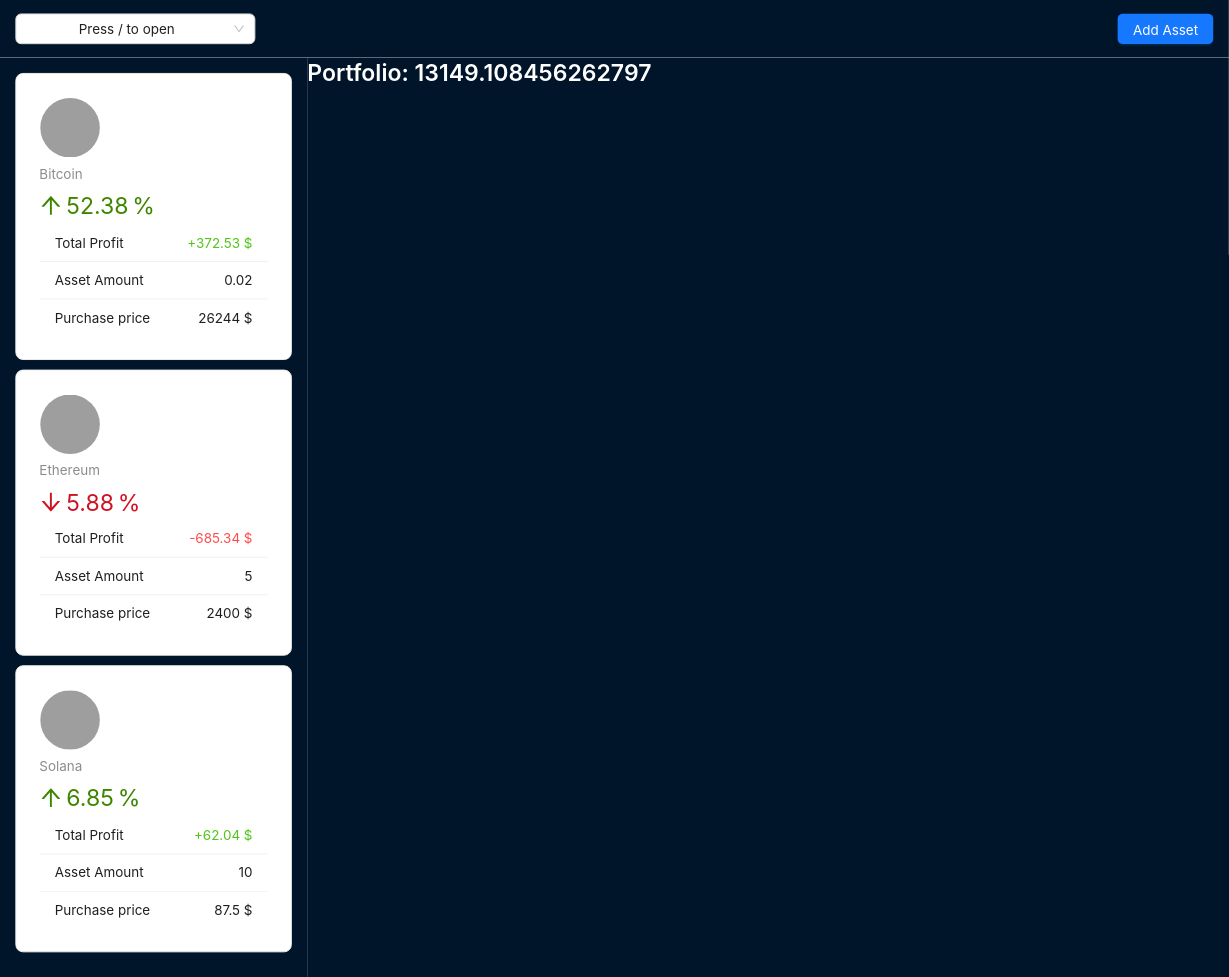
Repository: Vadia23/React-Crypto-App
Page: /
These files come from the project's save history. The page is drawn as it stood at one moment and after the next save; the edit follows.
The browser window is 1280 px wide. The pictures show the whole page, at 96% of full size.
Pictures or frames that could not be fetched are drawn as grey boxes. The project was rebuilt for these pictures with package versions that can differ from the ones it lists, and the page was loaded fresh each time. Also part of the build but not shown: vite.config.js, src/components/CoinInfo.jsx, src/components/CoinInfoModal.jsx, src/components/AddAssetForm.jsx, src/components/layout/AppConten.jsx.

Above is the page before, as saved 2024-02-28 14:04:05.

### src/App.jsx
import { Layout } from "antd";
import AppHeader from "./components/layout/AppHeader";
import AppSider from "./components/layout/AppSider";
import AppContent from "./components/layout/AppConten";
import { CryptoContextProvider } from "./context/cryptoContext";
import AppLayout from "./components/layout/AppLayout";

export default function App() {
  return (
    <CryptoContextProvider>
      <AppLayout />
    </CryptoContextProvider>
  );
}

### src/components/layout/AppHeader.jsx
import { Button, Layout, Modal, Select, Space, Drawer } from "antd";
import { useCrypto } from "../../context/cryptoContext";
import { useEffect, useState } from "react";
import CoinInfoModal from "../CoinInfoModal";
import AddAssetForm from "../AddAssetForm";

const headerStyle = {
  textAlign: "center",
  color: "#fff",
  height: 60,
  width: "100%",
  padding: "1rem",
  display: "flex",
  justifyContent: "space-between",
  alignItems: "center",
};

export default function AppHeader() {
  const [select, setSelect] = useState(false);
  const [modal, setModal] = useState(false);
  const [drawer, setDrawer] = useState(false);
  const [coin, setCoin] = useState(null);
  const { crypto } = useCrypto();

  function handleSelect(value) {
    setModal(true);
    setCoin(crypto.find((c) => c.id === value));
    // const coin = crypto.findIndex((coin) => coin.id === value);
    // setCoin(crypto[coin]);
  }

  useEffect(() => {
    const keypress = (event) => {
      if (event.key === "/") {
        setSelect((prev) => !prev);
      }
    };

    document.addEventListener("keypress", keypress);
    return () => document.removeEventListener("keypress", keypress);
  }, []);

  return (
    <Layout.Header style={headerStyle}>
      <Select
        open={select}
        // mode="multiple"
        style={{ width: 250 }}
        onClick={() => setSelect((prev) => !prev)}
        value={"Press / to open"}
        onSelect={handleSelect}
        // optionLabelProp="label"
        options={crypto.map((coin) => ({
          label: coin.name,
          value: coin.id,
          icon: coin.icon,
        }))}
        optionRender={(option) => (
          <Space>
            <img
              style={{ width: 20 }}
              src={option.data.icon}
              alt={option.data.label}
            />{" "}
            {option.data.label}
          </Space>
        )}
      />
      <Button type="primary" onClick={() => setDrawer(true)}>
        Add Asset
      </Button>

      <Modal
        open={modal}
        onCancel={() => {
          setModal(false), setCoin(null);
        }}
        footer={null}
      >
        <CoinInfoModal coin={coin} />
      </Modal>

      <Drawer
        width={"40%"}
        title="Add Asset"
        onClose={() => setDrawer(false)}
        open={drawer}
        destroyOnClose
      >
        <AddAssetForm onClose={() => setDrawer(false)} />
      </Drawer>
    </Layout.Header>
  );
}

### src/components/layout/AppSider.jsx
import { Avatar, Card, Layout, List, Statistic, Typography } from "antd";
import { ArrowDownOutlined, ArrowUpOutlined } from "@ant-design/icons";
import { useContext } from "react";
import { capitalize } from "../../utils";
import CryptoContext from "../../context/cryptoContext";

export default function AppSider() {
  const { assets } = useContext(CryptoContext);

  return (
    <Layout.Sider width="25%" style={{ padding: "1rem" }}>
      {assets.map((asset, i) => (
        <Card key={i} style={{ marginBottom: "10px" }}>
          <Avatar size={64} src={asset.icon} style={{ marginBottom: "5px" }} />
          <Statistic
            title={capitalize(asset.id)}
            value={asset.growPercent}
            precision={2}
            valueStyle={{ color: asset.grow ? "#3f8600" : "#cf1322" }}
            prefix={asset.grow ? <ArrowUpOutlined /> : <ArrowDownOutlined />}
            suffix="%"
          />
          <List
            size="small"
            dataSource={[
              {
                title: "Total Profit",
                value: (
                  <Typography.Text type={asset.grow ? "success" : "danger"}>
                    {asset.grow
                      ? "+" + asset.totalProfit + " $"
                      : asset.totalProfit + " $"}
                  </Typography.Text>
                ),
              },
              { title: "Asset Amount", value: asset.amount },
              { title: "Purchase price", value: asset.price + " $" },
            ]}
            renderItem={(item) => (
              <List.Item>
                <span>{item.title}</span>
                {}
                <span>{item.value}</span>
              </List.Item>
            )}
          />
        </Card>
      ))}
    </Layout.Sider>
  );
}

### src/context/cryptoContext.jsx
import { createContext, useContext, useEffect, useState } from "react";
import { fakeFetchCrypto, fetchAssets } from "../api";
import { percentDifference } from "../utils";

const CryptoContext = createContext({
  assets: [],
  crypto: [],
  isLoading: false,
});

export function CryptoContextProvider({ children }) {
  const [isLoading, setIsLoading] = useState(false);
  const [crypto, setCrypto] = useState([]);
  const [assets, setAssets] = useState([]);
  function mapAssets(assets, result) {
    return assets.map((asset) => {
      const coin = result.find((c) => c.id === asset.id);

      return {
        grow: asset.price < coin.price, // boolean for color of statistic
        growPercent: percentDifference(asset.price, coin.price),
        totalAmount: asset.amount * coin.price,
        totalProfit: +(
          asset.amount * coin.price -
          asset.amount * asset.price
        ).toFixed(2),
        icon: coin.icon,
        ...asset,
      };
    });
  }

  useEffect(() => {
    async function preload() {
      setIsLoading(true);
      const { result } = await fakeFetchCrypto();
      const assets = await fetchAssets();

      setCrypto(result);
      setAssets(mapAssets(assets, result));
      setIsLoading(false);
    }
    preload();
  }, []);

  function addAsset(newAsset) {
    return setAssets((prev) => mapAssets([...prev, newAsset], crypto));
  }

  return (
    <CryptoContext.Provider value={{ isLoading, crypto, assets, addAsset }}>
      {children}
    </CryptoContext.Provider>
  );
}

export default CryptoContext;

export function useCrypto() {
  return useContext(CryptoContext);
}

### src/components/layout/AppLayout.jsx
import { Layout, Spin } from "antd";
import AppHeader from "./AppHeader";
import AppSider from "./AppSider";
import AppContent from "./AppContent";
import { useContext } from "react";
import CryptoContext from "../../context/cryptoContext";

export default function AppLayout() {
  const { isLoading } = useContext(CryptoContext);

  if (isLoading) {
    return <Spin spinning={isLoading} fullscreen />;
  }

  return (
    <Layout>
      <AppHeader />
      <Layout>
        <AppSider />
        <AppContent />
      </Layout>
    </Layout>
  );
}

### src/utils.js
export function percentDifference(a, b) {
  return +(100 * Math.abs((a - b) / ((a + b) / 2))).toFixed(2);
}

export function capitalize(str) {
  return str.charAt(0).toUpperCase() + str.substr(1);
}

### src/api.js
import { cryptoAssets, cryptoData } from "./data";

export function fakeFetchCrypto() {
  return new Promise((resolve) => {
    setTimeout(() => {
      resolve(cryptoData);
    }, 1);
  });
}
export function fetchAssets() {
  return new Promise((resolve) => {
    setTimeout(() => {
      resolve(cryptoAssets);
    }, 1);
  });
}

### src/components/layout/AppContent.jsx
import { Layout, Typography } from "antd";
import { useCrypto } from "../../context/cryptoContext";

const contentStyle = {
  textAlign: "center",
  minHeight: "calc(100vh - 60px)",
  color: "#fff",
  backgroundColor: "#001529",
};

export default function AppContent() {
  const { assets, crypto } = useCrypto();

  return (
    <Layout.Content style={contentStyle}>
      <Typography.Title level={3} style={{ color: "#fff", textAlign: "left" }}>
        Portfolio:{" "}
        {assets
          .map((asset) => {
            const coin = crypto.find((c) => c.id === asset.id);
            return asset.amount * coin.price;
          })
          .reduce((acc, v) => acc + v, 0)}
      </Typography.Title>
    </Layout.Content>
  );
}

Loaded but not shown: index.html (common file); src/main.jsx (common file); src/index.css (common file); src/data.js (631 lines, source omitted)

After the next save:
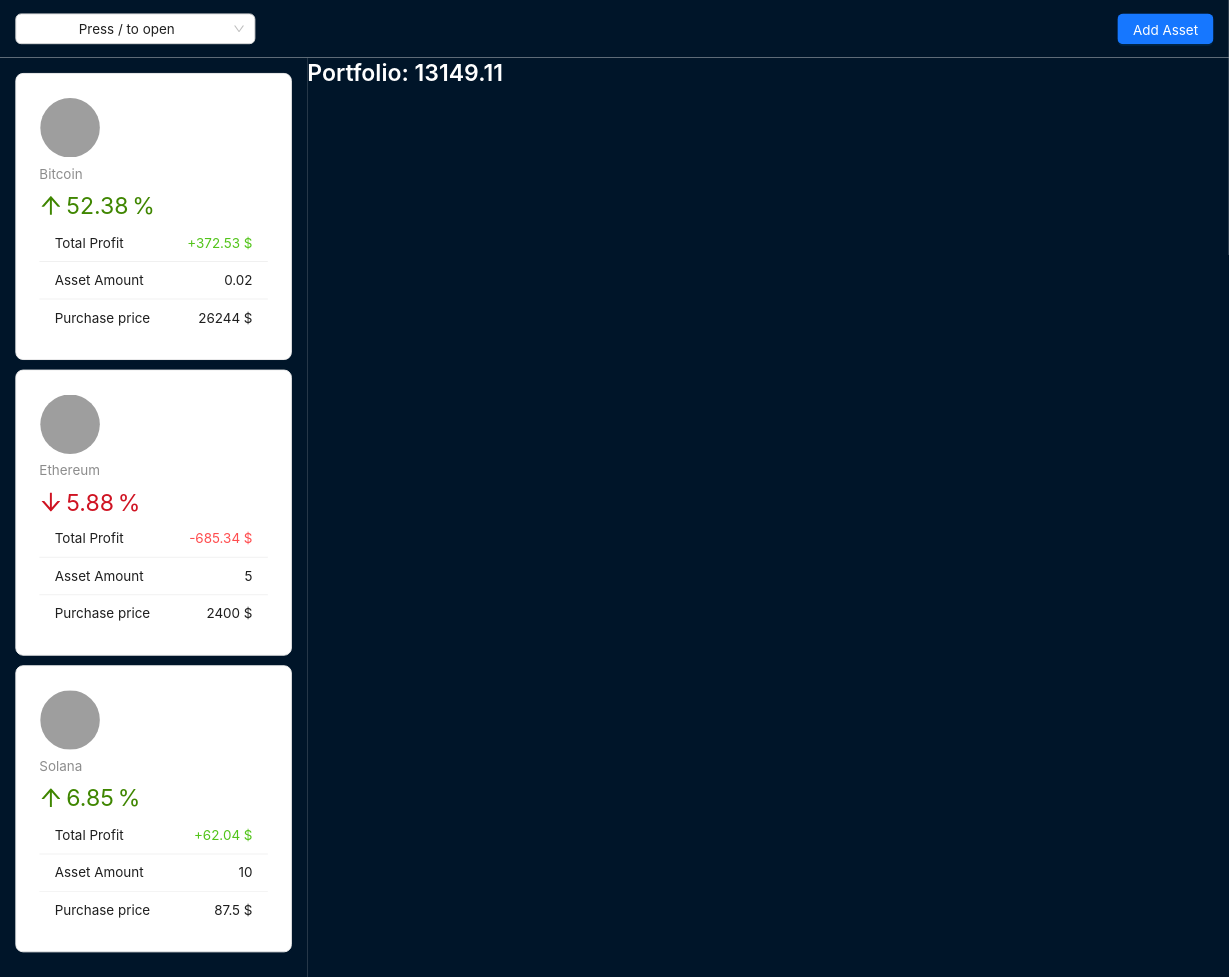
Saved 22 s later.
--- a/src/components/layout/AppContent.jsx
+++ b/src/components/layout/AppContent.jsx
@@ -20,7 +20,8 @@
             const coin = crypto.find((c) => c.id === asset.id);
             return asset.amount * coin.price;
           })
-          .reduce((acc, v) => acc + v, 0)}
+          .reduce((acc, v) => acc + v, 0)
+          .toFixed(2)}
       </Typography.Title>
     </Layout.Content>
   );
